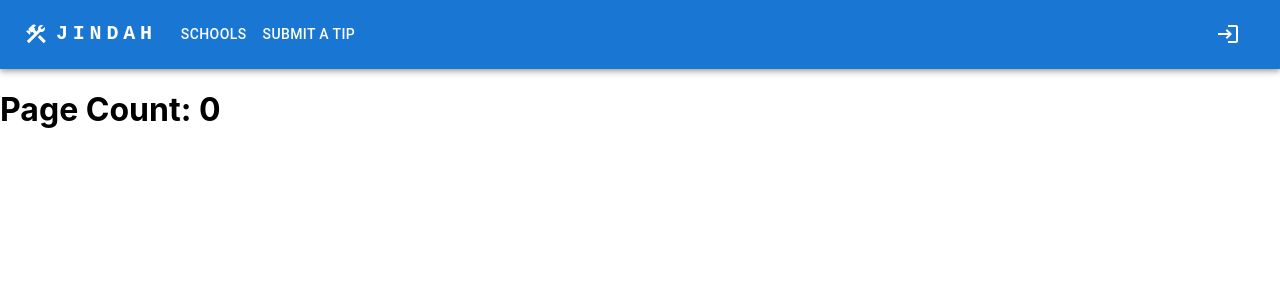
Repository: annferracane/phase-5-project
Page: /submit-a-job (app in client/)
An editor plug-in stored every save of this project. The page is shown before and after a run of saves, followed by the edit.
The browser window is 1280 px wide. The pictures show the whole page.
The page's requests for data from a server got no answer. The project was rebuilt for these pictures with package versions that can differ from the ones it lists, and the page was loaded fresh each time. No one was signed in, and anything a server would have sent is missing.

Above is the page before, as saved 2023-02-24 11:40:13.

### client/src/index.js
import React from 'react';
import ReactDOM from 'react-dom/client';
import './css/index.css';
import App from './components/App';
import reportWebVitals from './reportWebVitals';
import { UserProvider } from "./context/user";

const root = ReactDOM.createRoot(document.getElementById('root'));
root.render(
  <React.StrictMode>
    <UserProvider>
      <App />
    </UserProvider>
  </React.StrictMode>
);

// If you want to start measuring performance in your app, pass a function
// to log results (for example: reportWebVitals(console.log))
// or send to an analytics endpoint. Learn more: https://bit.ly/CRA-vitals
reportWebVitals();

### client/src/components/App.js
// import '../css/App.css';
import { useState, useEffect, useContext } from "react";
import { BrowserRouter, Route, Switch } from "react-router-dom";
import { UserContext } from "../context/user";
import Navigation from "./Navigation";

function App() {
  const [errors, setErrors] = useState(null);
  const [count, setCount] = useState(0);
  const [jobs, setJobs] = useState([]);

  useEffect(() => {
    fetch("/hello")
      .then((r) => r.json())
      .then((data) => setCount(data.count));
  }, []);

  useEffect(() => {
    fetch("/jobs")
      .then((res) => res.json())
      .then((jobs) => setJobs(jobs));
  }, []);

  if(errors) return <h1>{errors}</h1>

  if(!jobs) return <h1>No Jobs</h1>

  const jobsArray = jobs.map(job => <p>{job.title}</p>)

  return (


      <BrowserRouter>
        <Navigation />
        <div className="App">
          <Switch>
            <Route path="/">
              <h1>Page Count: {count}</h1>
              {jobsArray}
            </Route>
          </Switch>
        </div>
      </BrowserRouter>
  );
}

export default App;

### client/src/context/user.js
import React, { useState } from "react";

const UserContext = React.createContext();

function UserProvider({ children }) {
  const [user, setUser] = useState(null);
  return (
    <UserContext.Provider value={{ user, setUser }}>
      {children}
    </UserContext.Provider>
  );
}

export { UserContext, UserProvider };

### client/src/components/Navigation.js
import * as React from 'react';
import { useContext } from 'react';
import { UserContext } from "../context/user";
import { useHistory } from 'react-router-dom';
import AppBar from '@mui/material/AppBar';
import Avatar from '@mui/material/Avatar';
import Box from '@mui/material/Box';
import Toolbar from '@mui/material/Toolbar';
import IconButton from '@mui/material/IconButton';
import Typography from '@mui/material/Typography';
import Menu from '@mui/material/Menu';
import MenuIcon from '@mui/icons-material/Menu';
import Container from '@mui/material/Container';
import Button from '@mui/material/Button';
import Tooltip from '@mui/material/Tooltip';
import MenuItem from '@mui/material/MenuItem';
import ConstructionIcon from '@mui/icons-material/Construction';
import LoginIcon from '@mui/icons-material/Login';

function Navigation() {
  const { user, setUser } = useContext(UserContext);
  const history = useHistory();

  const [anchorElNav, setAnchorElNav] = React.useState(null);
  const [anchorElUser, setAnchorElUser] = React.useState(null);

  const pages = [
    { name: 'Schools', link: '/schools' },
    { name: 'Submit a Tip', link: '/submit-a-tip' }
  ];

  const handleOpenNavMenu = (event) => {
    setAnchorElNav(event.currentTarget);
  };
  const handleOpenUserMenu = (event) => {
    setAnchorElUser(event.currentTarget);
  };

  const handleCloseNavMenu = () => {
    setAnchorElNav(null);
  };

  const handleCloseUserMenu = () => {
    setAnchorElUser(null);
  };

  const handleProfileClick = () => {
    handleCloseUserMenu();
    history.push('/profile');
  }

  const handleLogOut = () => {
    handleCloseUserMenu();
    // DELETE `/logout`
    fetch('/logout',{
      method:'DELETE'
    })
    .then(res =>{
      if(res.ok) {
        setUser(null);
        history.push('/login');
      }
    })
  }

  const loginMenu = (
    <IconButton href="/login">
      <LoginIcon sx={{ display: { xs: 'none', md: 'flex', color: 'white', }, mr: 1 }} />
    </IconButton>
  );

  let avatarSrc = "";
  if(user) {
    if(user.profile) {
      avatarSrc = user.profile.image;
    }
  }

  const settingsMenu = (
    <Tooltip title="Open settings">
      <IconButton onClick={handleOpenUserMenu} sx={{ p: 0 }}>
        <Avatar alt={ avatarSrc } src={ avatarSrc } />
      </IconButton>
    </Tooltip>
  );

  const navigationMenu = (
    pages.map((page) => (
      <MenuItem key={page.name} onClick={handleCloseNavMenu} href={ page.link }>
        <Typography textAlign="center">{page.name}</Typography>
      </MenuItem>
    ))
  );

  const navigationButtons = (
    pages.map((page) => (
      <Button
        key={page.name}
        onClick={handleCloseNavMenu}
        sx={{ my: 2, color: 'white', display: 'block' }}
        href={ page.link }
      >
        {page.name}
      </Button>
    ))
  );

  return (
    <AppBar position="static">
      <Container maxWidth="xl">
        <Toolbar disableGutters>
          <ConstructionIcon sx={{ display: { xs: 'none', md: 'flex' }, mr: 1 }} />
          <Typography
            variant="h6"
            noWrap
            component="a"
            href="/"
            sx={{
              mr: 2,
              display: { xs: 'none', md: 'flex' },
              fontFamily: 'monospace',
              fontWeight: 700,
              letterSpacing: '.3rem',
              color: 'inherit',
              textDecoration: 'none',
            }}
          >
            JINDAH
          </Typography>

          <Box sx={{ flexGrow: 1, display: { xs: 'flex', md: 'none' } }}>
            <IconButton
              size="large"
              aria-label="account of current user"
              aria-controls="menu-appbar"
              aria-haspopup="true"
              onClick={handleOpenNavMenu}
              color="inherit"
            >
              <MenuIcon />
            </IconButton>
            <Menu
              id="menu-appbar"
              anchorEl={anchorElNav}
              anchorOrigin={{
                vertical: 'bottom',
                horizontal: 'left',
              }}
              keepMounted
              transformOrigin={{
                vertical: 'top',
                horizontal: 'left',
              }}
              open={Boolean(anchorElNav)}
              onClose={handleCloseNavMenu}
              sx={{
                display: { xs: 'block', md: 'none' },
              }}
            >
              { navigationMenu }
              {/* { user ? navigationMenu : null } */}
            </Menu>
          </Box>
          <ConstructionIcon sx={{ display: { xs: 'flex', md: 'none' }, mr: 1 }} />
          <Typography
            variant="h5"
            noWrap
            component="a"
            href=""
            sx={{
              mr: 2,
              display: { xs: 'flex', md: 'none' },
              flexGrow: 1,
              fontFamily: 'monospace',
              fontWeight: 700,
              letterSpacing: '.3rem',
              color: 'inherit',
              textDecoration: 'none',
            }}
          >
            CIPS
          </Typography>
          <Box sx={{ flexGrow: 1, display: { xs: 'none', md: 'flex' } }}>
            { navigationButtons }
            {/* { user ? navigationButtons : null } */}
          </Box>

          <Box sx={{ flexGrow: 0 }}>
            {user ? settingsMenu : loginMenu }
            {/* {user ? settingsMenu : loginMenu } */}
            <Menu
              sx={{ mt: '45px' }}
              id="menu-appbar"
              anchorEl={anchorElUser}
              anchorOrigin={{
                vertical: 'top',
                horizontal: 'right',
              }}
              keepMounted
              transformOrigin={{
                vertical: 'top',
                horizontal: 'right',
              }}
              open={Boolean(anchorElUser)}
              onClose={handleCloseUserMenu}
            >
              <MenuItem onClick={handleProfileClick}>
                <Typography textAlign="center">My Profile</Typography>
              </MenuItem>
              <MenuItem onClick={handleLogOut}>
                <Typography textAlign="center">Logout</Typography>
              </MenuItem>
            </Menu>
          </Box>
        </Toolbar>
      </Container>
    </AppBar>
  );
}
export default Navigation;

Loaded but not shown: client/public/index.html (common file); client/src/css/index.css (common file); client/src/reportWebVitals.js (common file)

After the next 2 saves:
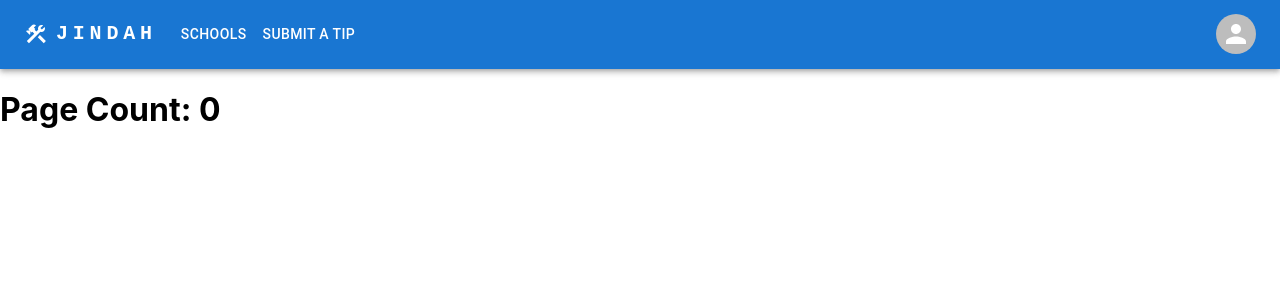
The 2 saves are shown as one change because they came seconds apart.
The last was saved 6 s later.
--- a/client/src/components/Navigation.js
+++ b/client/src/components/Navigation.js
@@ -186,7 +186,7 @@ function Navigation() {
           </Box>
 
           <Box sx={{ flexGrow: 0 }}>
-            {user ? settingsMenu : loginMenu }
+            { settingsMenu }
             {/* {user ? settingsMenu : loginMenu } */}
             <Menu
               sx={{ mt: '45px' }}
